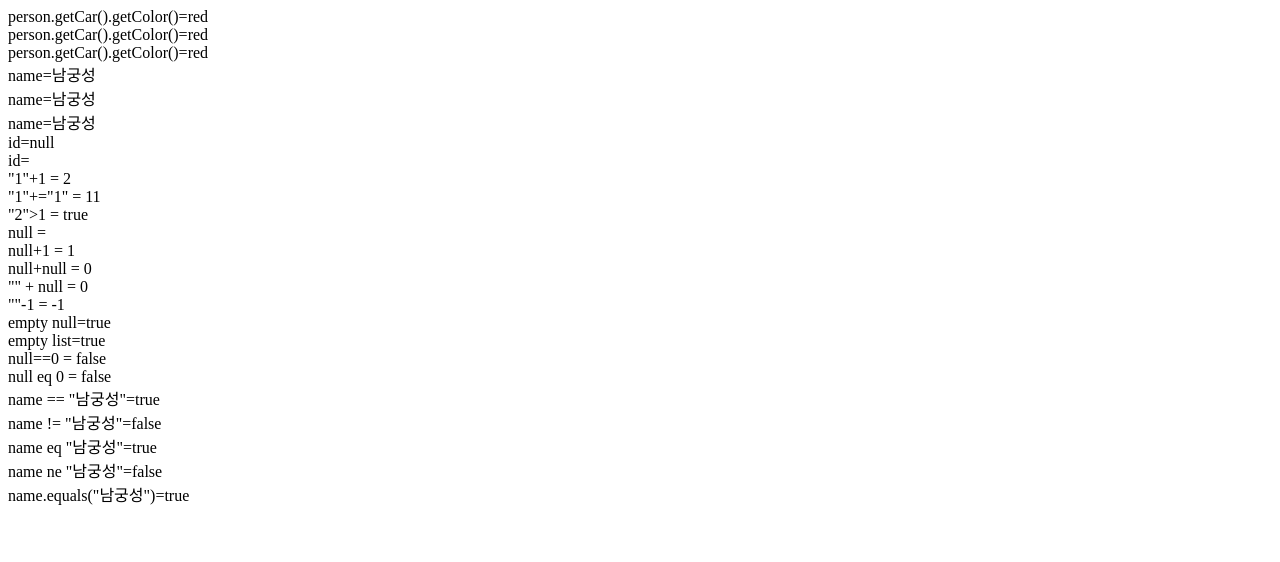
Repository: ReneeKang/Spring_jungsuk
Page: http://localhost/ch2/el.jsp
These files come from the project's save history. The page is drawn as it stood at one moment and after the next save; the edit follows.
The browser window is 1280 px wide. The pictures show the whole page.
The page is served by Tomcat 9.

Above is the page before, as saved 2022-04-17 09:08:17.

After the next save:
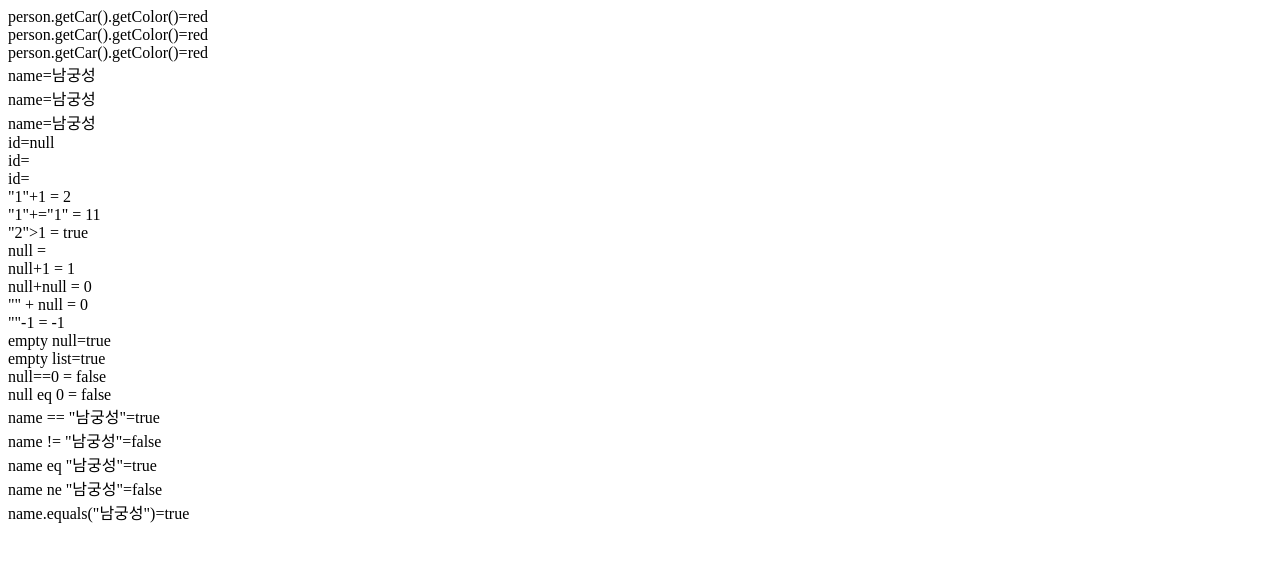
Saved 17 s later.
--- a/ch2/src/main/webapp/el.jsp
+++ b/ch2/src/main/webapp/el.jsp
@@ -20,6 +20,7 @@
 name=${requestScope.name} <br>
 name=${name} <br>
 id=<%=request.getParameter("id")%> <br>
+id=${pageContext.request.getParameter("id")} <br>
 <!-- id=${pageContext.request.getParameter("id")} <br> -->
 id=${param.id} <br>
 "1"+1 = ${"1"+1} <br>

After the save that followed:
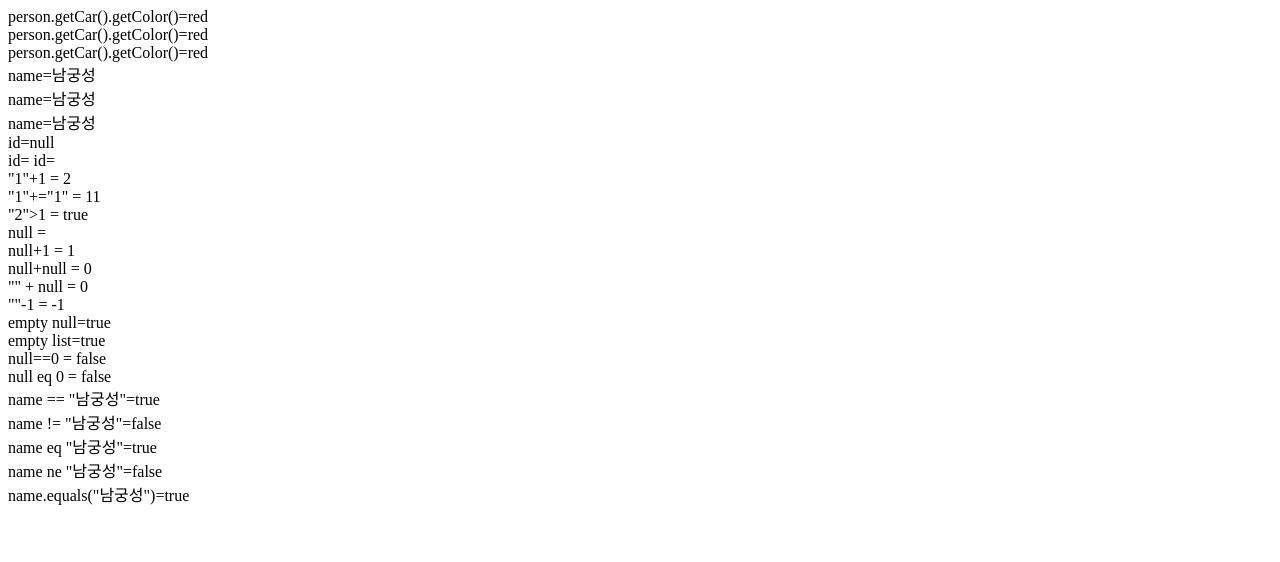
Saved 4 s later.
--- a/ch2/src/main/webapp/el.jsp
+++ b/ch2/src/main/webapp/el.jsp
@@ -20,7 +20,7 @@
 name=${requestScope.name} <br>
 name=${name} <br>
 id=<%=request.getParameter("id")%> <br>
-id=${pageContext.request.getParameter("id")} <br>
+id=${pageContext.request.getParameter("id")}
 <!-- id=${pageContext.request.getParameter("id")} <br> -->
 id=${param.id} <br>
 "1"+1 = ${"1"+1} <br>
